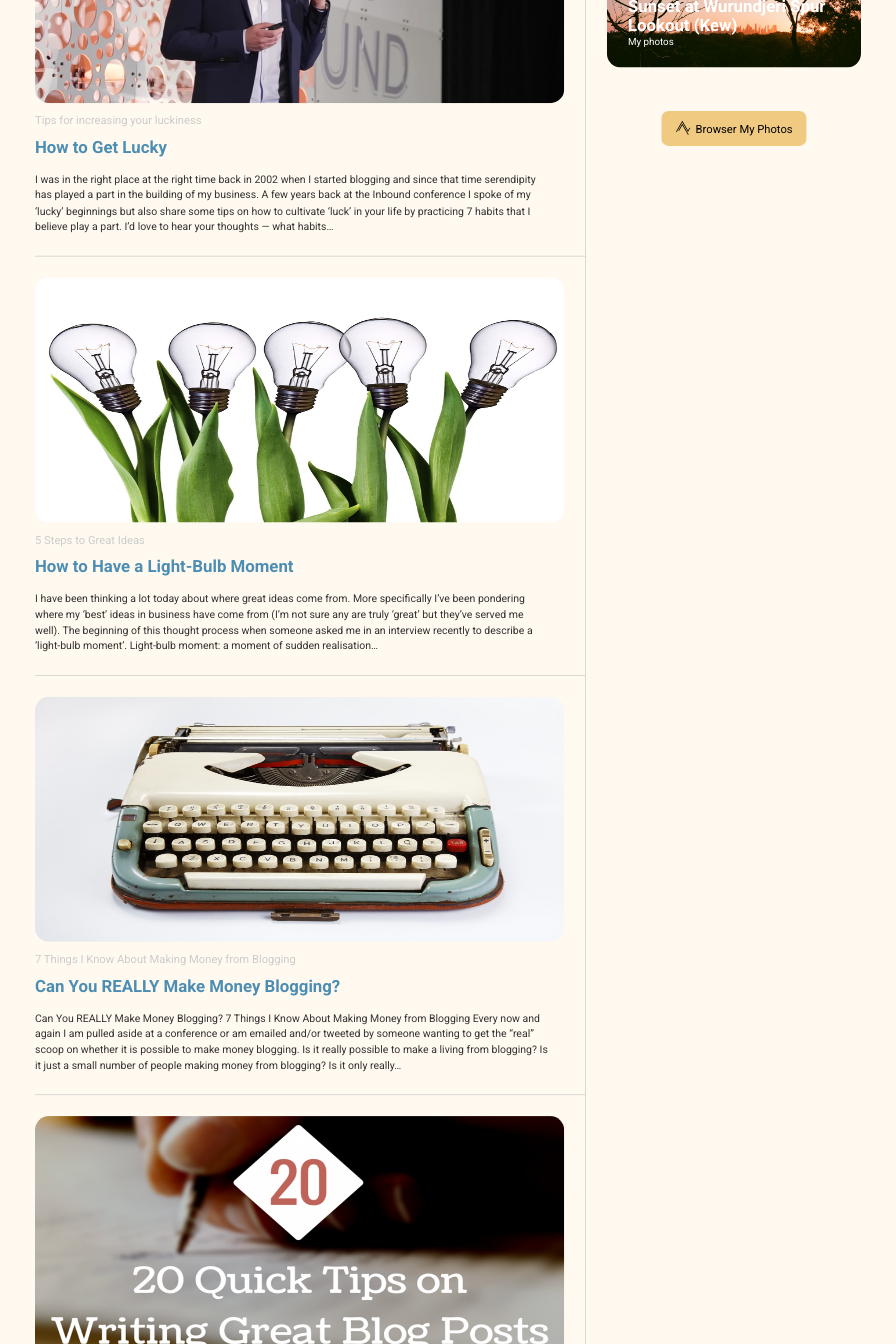
Repository: TranDinhTuann/Blog-Demo
Page: index.html
These files come from the project's save history. The page is drawn as it stood at one moment and after the next save; the edit follows.
The browser window is 1280 px wide. The pictures show the part of the page from y = 539 to 2459 px (the page is 2860 px tall), at 70% of full size.

Above is the page before, as saved 2023-03-22 21:30:19.

After the next save:
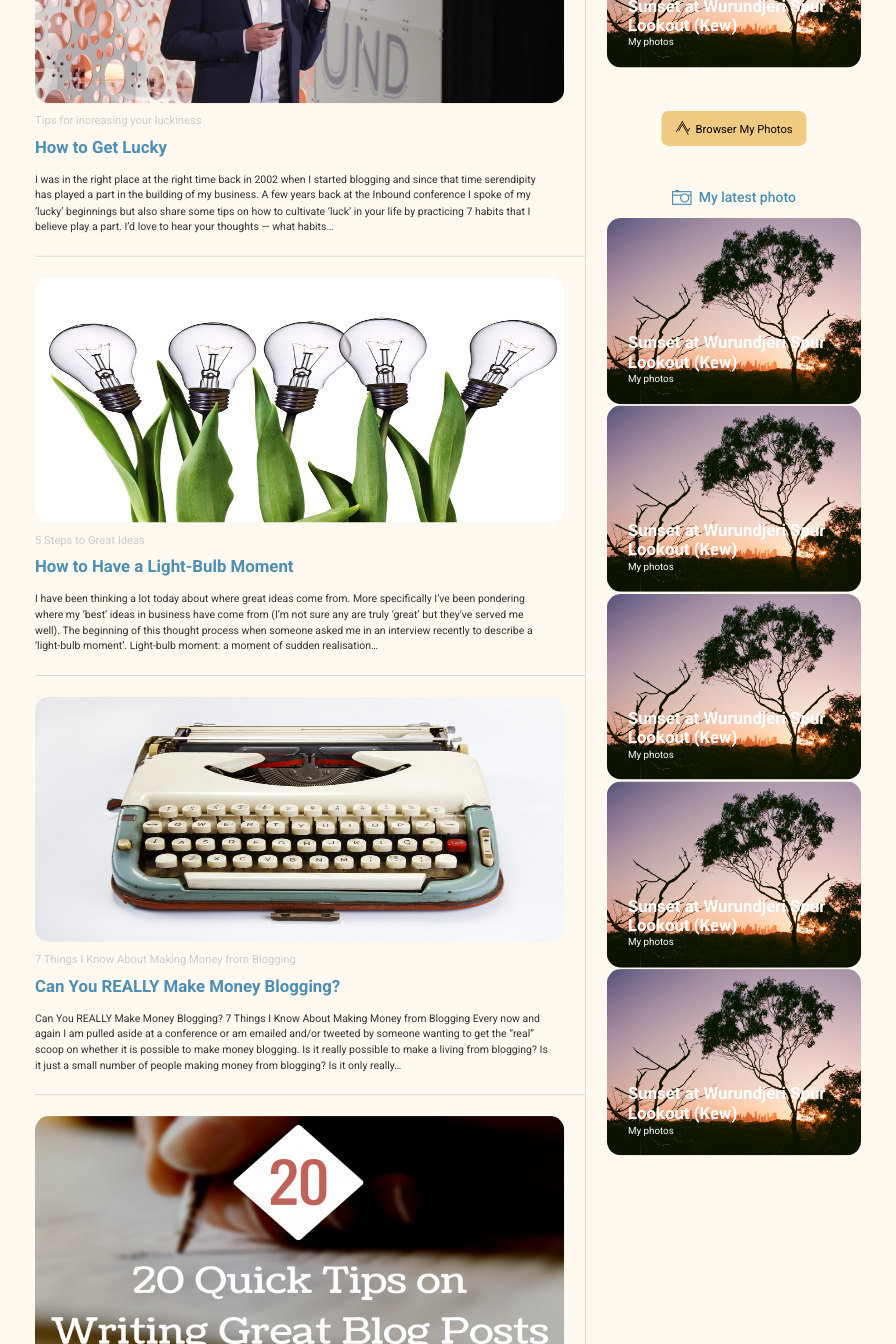
Saved 33 s later.
--- a/index.html
+++ b/index.html
@@ -140,6 +140,48 @@
                             </button>
                         </div>
                     </div>
+
+                    <div class="row">
+                        <div class="row-head">
+                            <i class="row-icon ti-camera"></i>
+                            <div class="row-heading">My latest photo</div>
+                        </div>
+                        <div class="row-img">
+                            <img src="./assets/img/slider/nature1.jpg" alt="" class="img-nature">
+                            <div class="row-text">
+                                <div class="text-heading">Sunset at Wurundjeri Spur Lookout (Kew)</div>
+                                <div class="text-des">My photos</div>
+                            </div>
+                        </div>
+                        <div class="row-img">
+                            <img src="./assets/img/slider/nature1.jpg" alt="" class="img-nature">
+                            <div class="row-text">
+                                <div class="text-heading">Sunset at Wurundjeri Spur Lookout (Kew)</div>
+                                <div class="text-des">My photos</div>
+                            </div>
+                        </div>
+                        <div class="row-img">
+                            <img src="./assets/img/slider/nature1.jpg" alt="" class="img-nature">
+                            <div class="row-text">
+                                <div class="text-heading">Sunset at Wurundjeri Spur Lookout (Kew)</div>
+                                <div class="text-des">My photos</div>
+                            </div>
+                        </div>
+                        <div class="row-img">
+                            <img src="./assets/img/slider/nature1.jpg" alt="" class="img-nature">
+                            <div class="row-text">
+                                <div class="text-heading">Sunset at Wurundjeri Spur Lookout (Kew)</div>
+                                <div class="text-des">My photos</div>
+                            </div>
+                        </div>
+                        <div class="row-img">
+                            <img src="./assets/img/slider/nature1.jpg" alt="" class="img-nature">
+                            <div class="row-text">
+                                <div class="text-heading">Sunset at Wurundjeri Spur Lookout (Kew)</div>
+                                <div class="text-des">My photos</div>
+                            </div>
+                        </div>
+                    </div>
                 </div>
             </div>
         </div>
